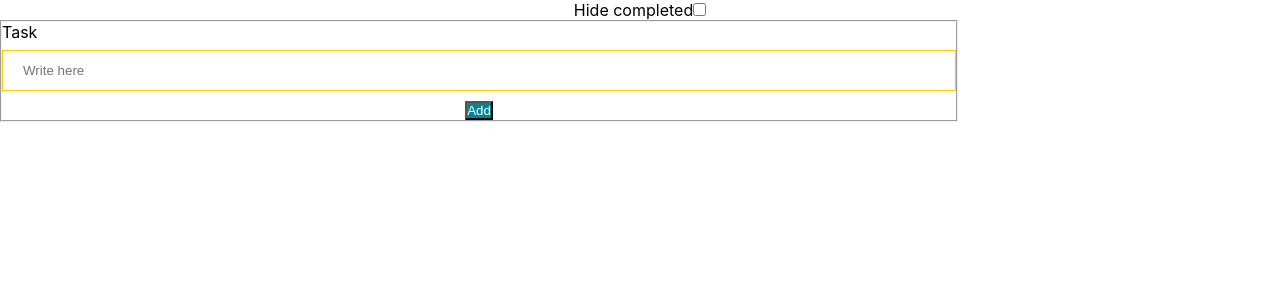
Repository: ArusyakAghajanyan/ToDoMamble
Page: /
These files come from the project's save history. The page is drawn as it stood at one moment and after a run of saves; the edit follows.
The browser window is 1280 px wide. The pictures show the whole page.
The project was rebuilt for these pictures with package versions that can differ from the ones it lists, and the page was loaded fresh each time. Also part of the build but not shown: src/components/ToDoItem.jsx, src/components/confirm.css, src/components/Confirm.jsx.

Above is the page before, as saved 2022-05-23 00:24:49.

After the next 2 saves:
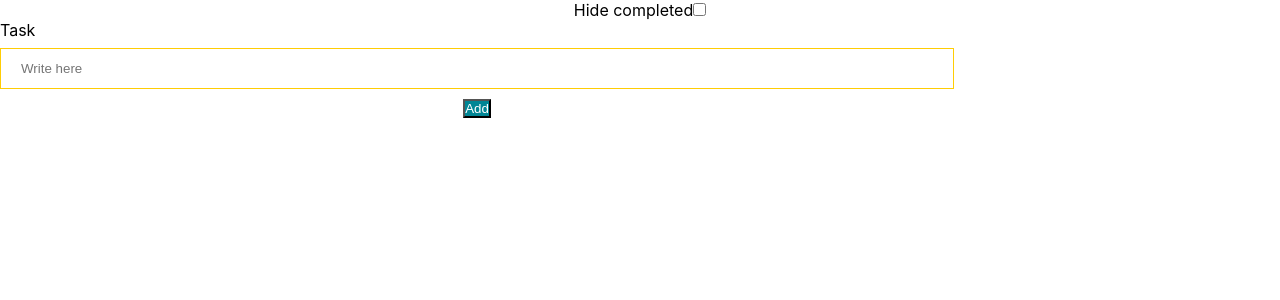
The 2 saves are shown as one change because they came seconds apart.
The last was saved 28 s later.
--- a/src/components/AddItem.jsx
+++ b/src/components/AddItem.jsx
@@ -28,7 +28,7 @@ export default function AddItem({onAdd}) {
           if(errorMes==="" && text !=="") onAdd(text);
           if(errorMes==="") setText("");
       }}>
-            <fieldset>
+
           <p>
             <label className="taskLabel" htmlFor="inputText"> Task
             </label>
@@ -40,7 +40,7 @@ export default function AddItem({onAdd}) {
             <p>{errorMes}</p>
             </p>
             <button className="addbut">Add</button>
-            </fieldset>
+
 
          </form>
 
